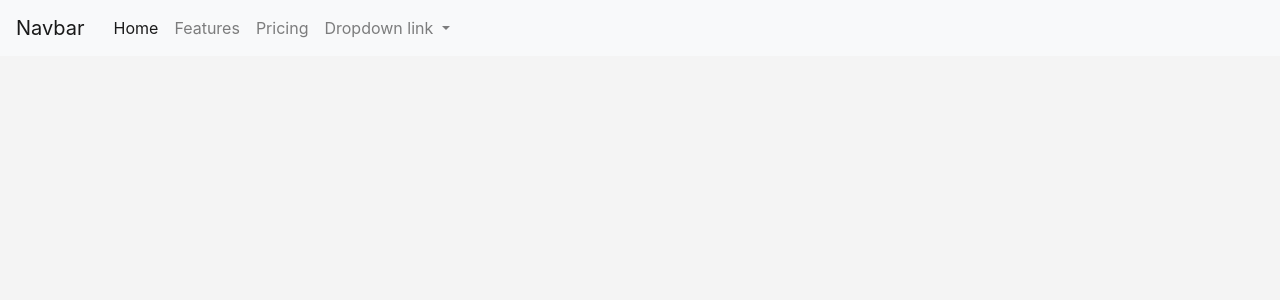
Repository: AlenKrga/milestone01
Page: index.html
The author's editor kept a record of every edit. The page is drawn from the files as they stood at one moment, then again after the next edit.
The browser window is 1280 px wide. The pictures show the whole page.

Above is the page before.

After the next edit:
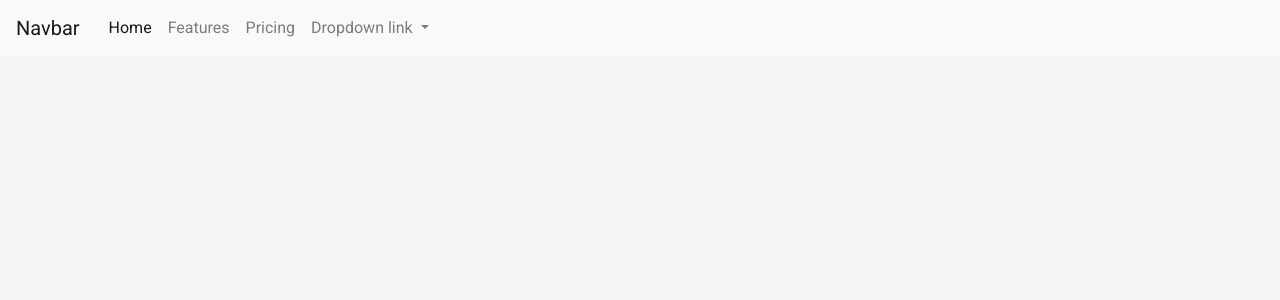
The edit:
--- a/assets/css/style.css
+++ b/assets/css/style.css
@@ -1,9 +1,14 @@
-@import url('https://fonts.googleapis.com/css?family=Roboto:500&display=swap');
+@import url('https://fonts.googleapis.com/css?family=Roboto&display=swap');
+
+html {
+  scroll-behavior: smooth;
+}
 
 body {
     margin: 0;
     padding: 0;
     background-color: #f4f4f4;
+    font-family: 'Roboto', sans-serif;
 }
 
 
@@ -26,7 +31,7 @@
 }
 
 #background-position1 {
-    background-image: url("../images/bg1.jpg");
+    background-image: url("bg1.jpg");
     background-attachment: fixed;
     background-size: cover;
     background-position: center center;
@@ -42,6 +47,14 @@
     background-size: cover;
     background-position: center center;
     background-repeat: no-repeat;
+
+
+
+}
+
+#contact {
+
+
 
 
 
@@ -82,3 +95,42 @@
     border-radius: 8px;
     margin: 5px;
 }
+
+
+
+/*icons*/
+
+.fa-facebook {
+    color: dimgray;
+}
+
+
+
+.fa-linkedin {
+    color: dimgray;
+}
+
+.fa-file-download {
+    color: dimgray
+}
+
+
+
+
+
+
+#skills {
+
+    padding-bottom: 50px;
+    background-color: #E9EDF0;
+}
+
+@media (min-width: 992px) {
+    #contact {
+        background-image: url('bgemail.jpg');
+        background-attachment: fixed;
+        background-size: cover;
+        background-position: center center;
+        background-repeat: no-repeat;
+    }
+}
